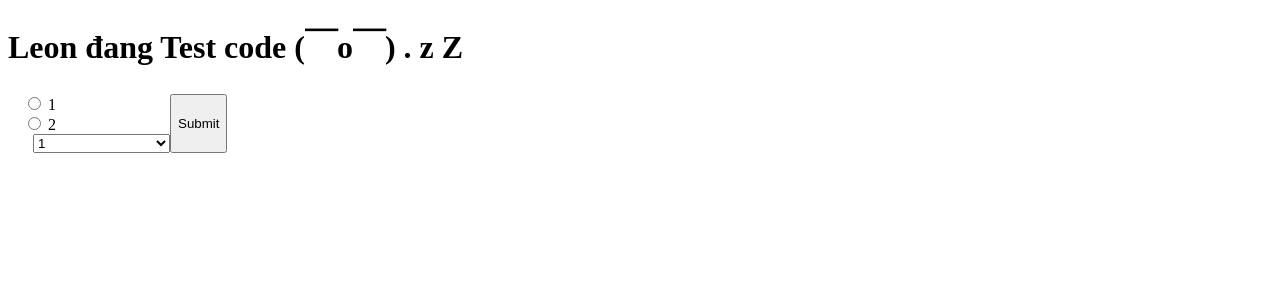
Repository: tranhuunghiem99/N_Auto_Checked
Page: test/index.html
These files come from the project's save history. The page is drawn as it stood at one moment and after a run of saves; the edit follows.
The browser window is 1280 px wide. The pictures show the whole page.

Above is the page before, as saved 2024-05-07 21:32:36.

### test/index.html
<!-- <!DOCTYPE html>
<html>
  <head>
    <title>Checkbox Example</title>
  </head>
  <body>
    <form action="/submit" method="post">
      <label for="option1">Option 1</label>
      <input type="checkbox" name="options" value="1" id="option1">
      <br>
      <label for="option2">Option 2</label>
      <input type="checkbox" name="options" value="2" id="option2">
      <br>
      <label for="option3">Option 3</label>
      <input type="checkbox" name="options" value="3" id="option3">
      <br>
      <button type="submit">Submit</button>
    </form>
  </body>
</html> -->

<!DOCTYPE html>
<html>
<body>

<h1>Leon đang Test code (￣o￣) . z Z</h1>

<form action="/submit" method="post" style="display: flex; padding: 5px; margin: 10px;">
  <div>
  <input type="radio" name="number" value="">
  <label for="1">1</label><br>
  <input type="radio" name="number" value="">
  <label for="2">2</label><br>
  <select id="" name="" style="margin-left:10px ;">
    <option value="1" name="list">1</option>
    <option value="2" name="list">2</option>
    <option value="3" name="list">3</option>
    <option value="4" name="ok">Ok cái này chọn nè</option>
  </select>
</div>
  <button type="submit">Submit</button>
</form>
</body>
</html>

After the next 2 saves:
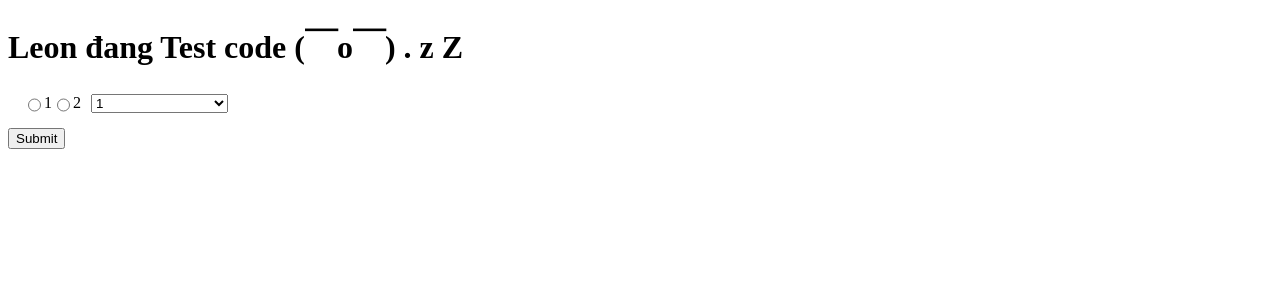
The 2 saves are shown as one change because they came seconds apart.
The last was saved 15 s later.
--- a/test/index.html
+++ b/test/index.html
@@ -25,8 +25,8 @@
 
 <h1>Leon đang Test code (￣o￣) . z Z</h1>
 
-<form action="/submit" method="post" style="display: flex; padding: 5px; margin: 10px;">
-  <div>
+<form action="/submit" method="post" >
+  <div style="display: flex; padding: 5px; margin: 10px;">
   <input type="radio" name="number" value="">
   <label for="1">1</label><br>
   <input type="radio" name="number" value="">
